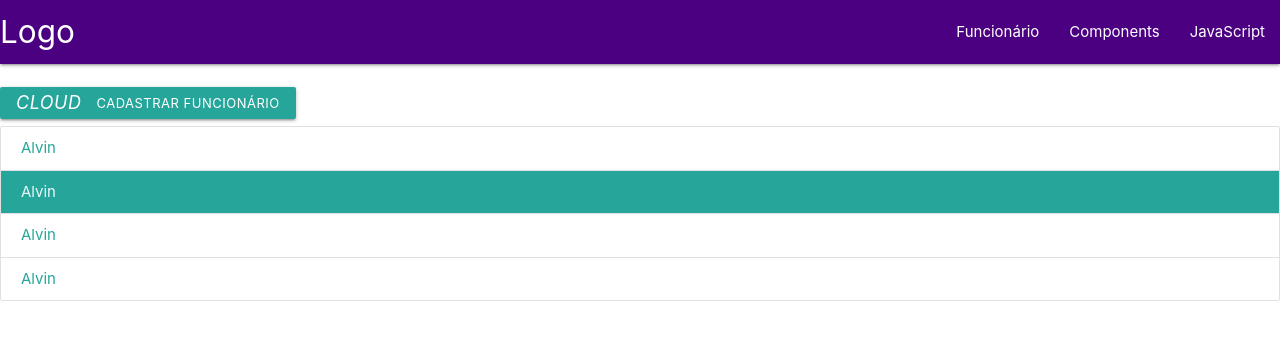
Repository: andrehct/CONCESSIONARIA_BD
Page: http://localhost/Projeto/funcionario/listar.jsp
These files come from the project's save history. The page is drawn as it stood at one moment and after the next save; the edit follows.
The browser window is 1280 px wide. The pictures show the whole page.
The page is served by Tomcat 9.

Above is the page before, as saved 2019-06-28 14:24:54.

After the next save:
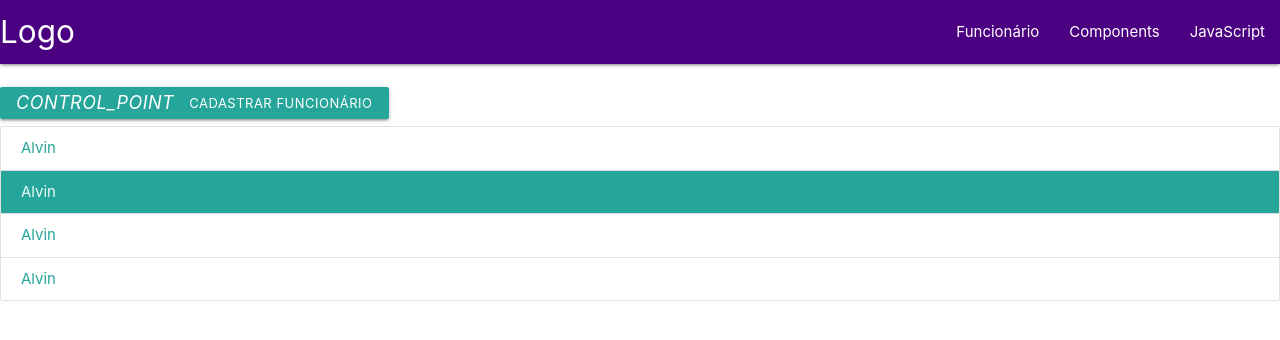
Saved 52 s later.
--- a/Projeto/WebContent/funcionario/listar.jsp
+++ b/Projeto/WebContent/funcionario/listar.jsp
@@ -9,7 +9,7 @@
 </head>
 <body>
     <br/>
-      <a class="waves-effect waves-light btn-small"><i class="material-icons left">cloud</i>Cadastrar Funcionário</a>
+      <a class="waves-effect waves-light btn-small"><i class="material-icons left">control_point</i>Cadastrar Funcionário</a>
     <br/>
 	<div class="collection">
         <a href="#!" class="collection-item">Alvin</a>
